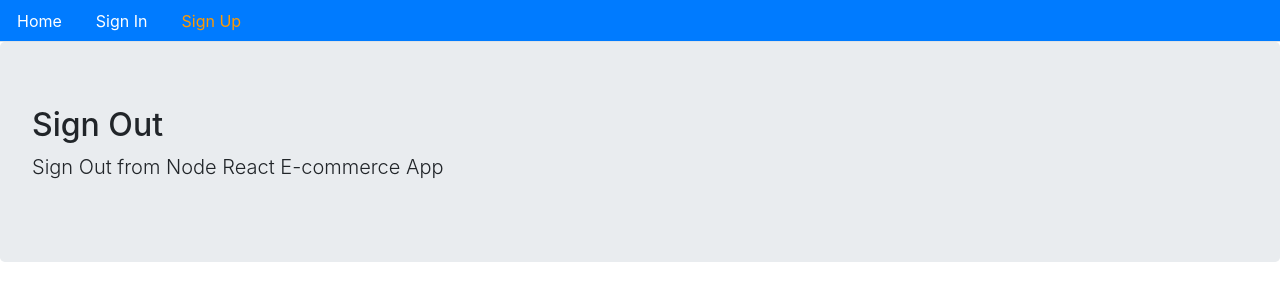
Repository: pragnyatata/Ecommerce
Page: /signup (app in ecommerce-front/)
An editor plug-in stored every save of this project. The page is shown before and after the next save, followed by the edit.
The browser window is 1280 px wide. The pictures show the whole page.
The project was rebuilt for these pictures with package versions that can differ from the ones it lists, and the page was loaded fresh each time. Also part of the build but not shown: ecommerce-front/src/App.js, ecommerce-front/src/user/Signin.js, ecommerce-front/src/core/Home.js.

Above is the page before, as saved 2020-01-18 21:15:51.

After the next save:
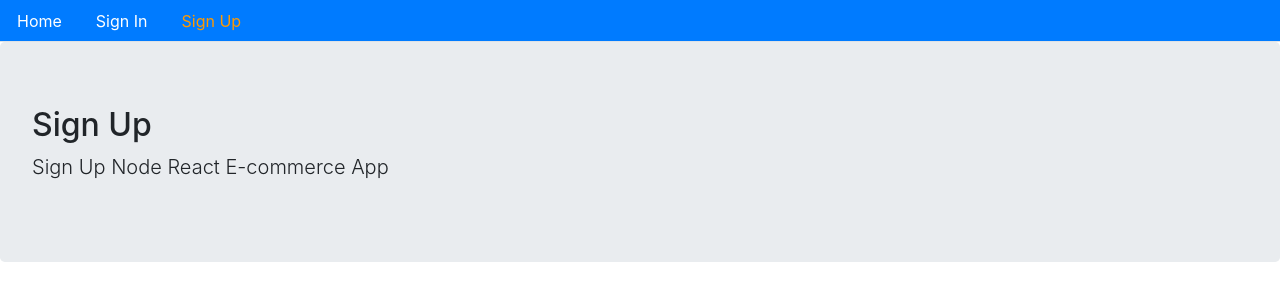
Saved 13 s later.
--- a/ecommerce-front/src/user/Signup.js
+++ b/ecommerce-front/src/user/Signup.js
@@ -2,8 +2,8 @@ import React, { Component } from "react";
 import Layout from "../core/Layout";
 const Signup = () => (
   <Layout
-    title="Sign Out"
-    description=" Sign Out from Node React E-commerce App"
+    title="Sign Up"
+    description=" Sign Up Node React E-commerce App"
   ></Layout>
 );
 export default Signup;
